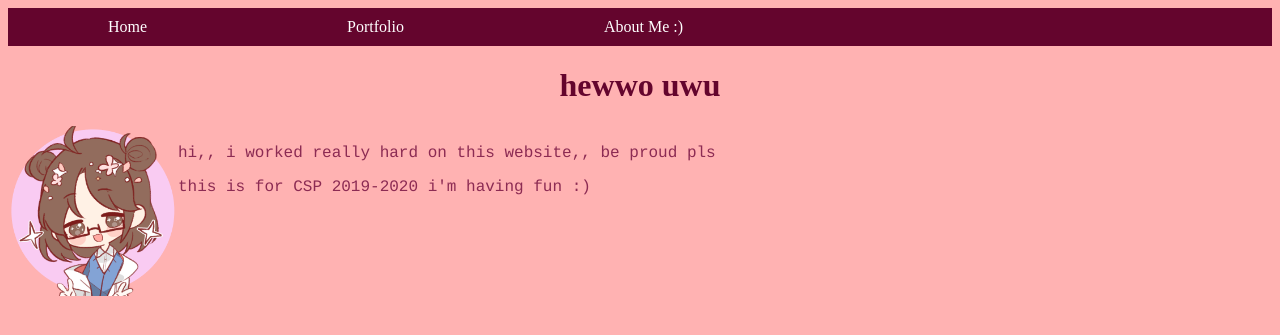
Repository: ycano1934/ycano1934.github.io
Page: my_website/about.html
The author's editor kept a record of every edit. The page is drawn from the files as they stood at one moment, then again after the next edit.
The browser window is 1280 px wide. The pictures show the whole page.

Above is the page before.

After the next edit:
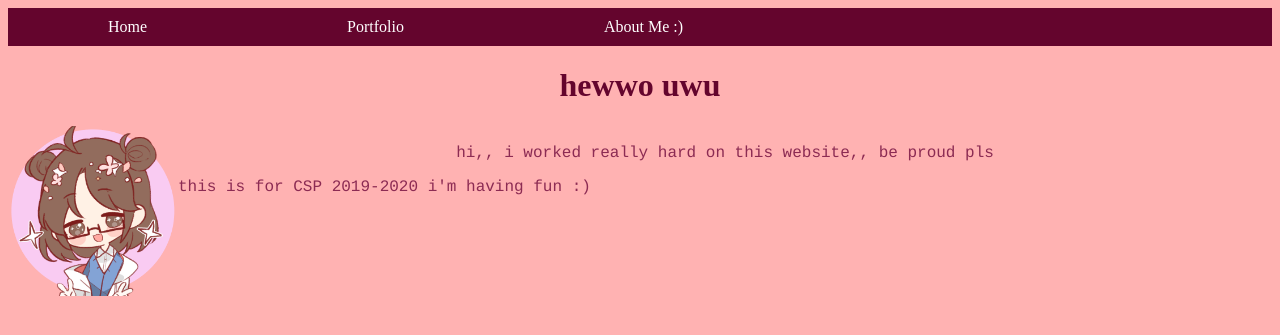
The edit:
--- a/my_website/about.html
+++ b/my_website/about.html
@@ -61,7 +61,7 @@
         <h1 id="header" style="text-align:center;">hewwo uwu</h1>
 
 
-        <p id="paragraphlook">
+        <p id="paragraphlook" style="text-align:center;">
           <img src="images/avatar.png" height="170" width="170" style="float:left;"><br>
             hi,, i worked really hard on this website,, be proud pls</p>
         <p id="paragraphlook">this is for CSP 2019-2020 i'm having fun :)</p>
